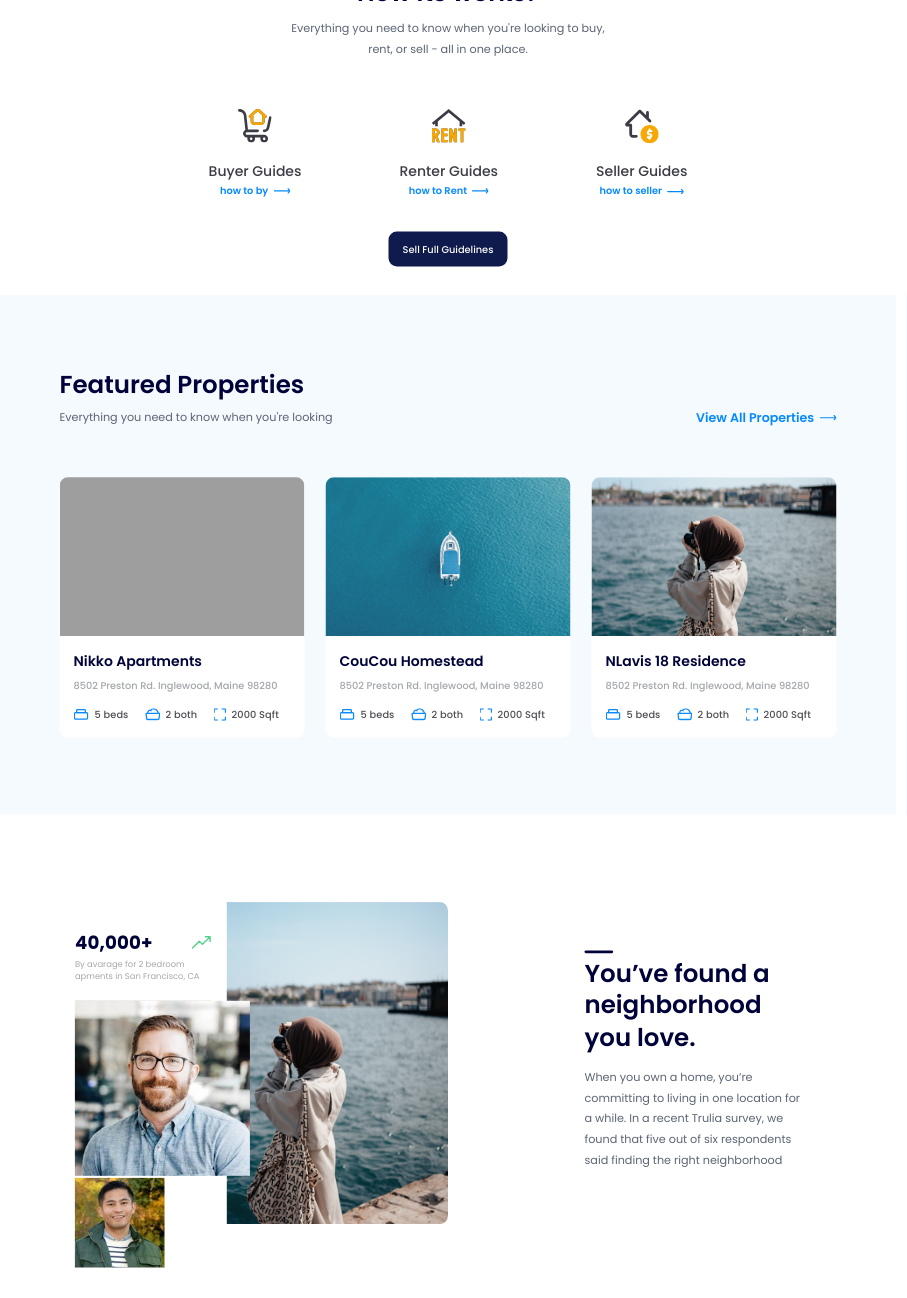
Repository: Kazuto-2004/f8-htmlcss-01
Page: index.html
An editor plug-in stored every save of this project. The page is shown before and after the next save, followed by the edit.
The browser window is 1280 px wide. The page is 1295 px wide, so the pictures cover 1295 px, including what lies to the right of the window. The pictures show the part of the page from y = 1274 to 3154 px (the page is 3128 px tall before and 3154 px after), at 70% of full size.
Pictures or frames that could not be fetched are drawn as grey boxes.

Above is the page before, as saved 2023-07-15 17:05:55.

### index.html
<!DOCTYPE html>
<html lang="en">
    <head>
        <meta charset="UTF-8" />
        <meta name="viewport" content="width=device-width, initial-scale=1.0" />
        <title>F8 Project01</title>
        <link rel="stylesheet" href="./assets/css/reset.css" />
        <!-- Embed fonts -->
        <link rel="preconnect" href="https://fonts.googleapis.com" />
        <link rel="preconnect" href="https://fonts.gstatic.com" crossorigin />
        <link
            href="https://fonts.googleapis.com/css2?family=Lato:wght@700&display=swap"
            rel="stylesheet" />
        <link rel="stylesheet" href="./assets/fonts/stylesheet.css" />
        <!-- <style> style</style> -->
        <link rel="stylesheet" href="assets/css/styles.css" />
    </head>
    <body>
        <main style="height: 1000px">
            <!-- Header -->
            <header class="header">
                <div class="content">
                    <nav class="navbar">
                        <!-- Logo -->
                        <img src="./assets/img/Logo.svg" alt="Besnik." />
                        <!-- Navigation -->
                        <ul>
                            <li>
                                <a href="#!">Home</a>
                            </li>
                            <li>
                                <a href="#!">Features</a>
                            </li>
                            <li>
                                <a href="#!">Services</a>
                            </li>
                            <li>
                                <a href="#!">Resources</a>
                            </li>
                            <li>
                                <a href="#!">Contact</a>
                            </li>
                        </ul>
                        <!-- Action -->
                        <div class="action">
                            <a href="#!" class="action-link">Sign in</a>
                            <a href="#!" class="btn action-btn">Sign up</a>
                        </div>
                    </nav>
                    <div class="hero">
                        <div class="info">
                            <p class="sub-title">Welcome to Besnik Agency</p>
                            <h1 class="title">
                                Discover a place you'll love to live.
                            </h1>
                            <p class="desc">
                                Get the best real estate deals first, before
                                they hit the mass market! HOT FORECLOSURE DEALS
                                with one simple search.
                            </p>
                            <!-- call to action -->
                            <a href="#!" class="btn hero-cta">More About Us</a>
                        </div>

                        <img
                            src="./assets/img/hero-img.svg"
                            alt="Discover a place you'll love to live."
                            class="hero-img" />
                    </div>
                </div>
            </header>

            <!-- clients -->
            <div class="clients">
                <div class="content">
                    <div class="row">
                        <!-- logo -->
                        <img src="./assets/img/Logo.svg" alt="Besnik." />

                        <!-- star -->
                        <div class="star">
                            <img src="./assets/img/Star.svg" alt="" />
                        </div>
                    </div>
                    <div class="row row-desc">
                        <p class="desc">
                            More than 45,000+ companies trust besnik
                        </p>
                        <p class="desc">5 Star Ratings (2k+ Review)</p>
                    </div>
                    <div class="image">
                        <img src="./assets/img/meundies.svg" alt="me undies" />
                        <img src="./assets/img/slack.svg" alt="slack" />
                        <img src="./assets/img/amazon.svg" alt="amazon" />
                        <img
                            src="./assets/img/woocommerce.svg"
                            alt="woo commerce" />
                        <img src="./assets/img/sitepoint.svg" alt="sitepoint" />
                    </div>
                </div>
            </div>

            <!-- Guides -->
            <div class="guides">
                <div class="content">
                    <h2 class="sub-title">How its works?</h2>
                    <p class="desc">
                        Everything you need to know when you're looking to buy,
                        rent, or sell - all in one place.
                    </p>

                    <!--  list guide -->
                    <ul class="list-guide">
                        <li class="guide-item">
                            <img
                                src="./assets/img/Buyer.svg"
                                alt="Buyer"
                                class="icon" />
                            <h3 class="title">Buyer Guides</h3>
                            <a href="#!" class="link">
                                <span>how to by</span>
                                <img
                                    src="./assets/img/arow-right.svg"
                                    alt="arrow-right"
                                    class="arrow" />
                            </a>
                        </li>
                        <li class="guide-item">
                            <img
                                src="./assets/img/renter.svg"
                                alt="renter"
                                class="icon" />
                            <h3 class="title">Renter Guides</h3>
                            <a href="#!" class="link">
                                <span>how to Rent</span>
                                <img
                                    src="./assets/img/arow-right.svg"
                                    alt="arrow-right"
                                    class="arrow" />
                            </a>
                        </li>
                        <li class="guide-item">
                            <img
                                src="./assets/img/seller.svg"
                                alt="sellert"
                                class="icon" />
                            <h3 class="title">Seller Guides</h3>
                            <a href="#!" class="link">
                                <span>how to seller</span>
                                <img
                                    src="./assets/img/arow-right.svg"
                                    alt="arrow-right"
                                    class="arrow" />
                            </a>
                        </li>
                    </ul>

                    <div class="guide-cta">
                        <a href="#!" class="btn">Sell Full Guidelines</a>
                    </div>
                </div>
            </div>

            <!-- Featured -->
            <div class="featured">
                <div class="content">
                    <header>
                        <h2 class="sub-title">Featured Properties</h2>
                        <div class="row">
                            <p class="desc">
                                Everything you need to know when you're looking
                            </p>
                            <a href="#!" class="link"
                                ><span>View All Properties</span
                                ><img
                                    src="./assets/img/arow-right.svg"
                                    alt="arrow"
                                    class="arrow"
                            /></a>
                        </div>
                    </header>

                    <div class="list">
                        <!-- Featured 1 -->
                        <div class="item">
                            <a href="#!">
                                <img
                                    src="./assets/img/featured1.jpg"
                                    alt="Nikko Apartments"
                                    class="thumb" />
                            </a>
                            <div class="body">
                                <h3 class="title">
                                    <a href="#!" class="line-clamp"
                                        >Nikko Apartments</a
                                    >
                                </h3>
                                <p class="desc line-clamp">
                                    8502 Preston Rd. Inglewood, Maine 98280
                                </p>
                                <div class="info">
                                    <img
                                        src="./assets/img/beds.svg"
                                        alt=""
                                        class="icon" />
                                    <span class="label">5 beds</span>

                                    <img
                                        src="./assets/img/both.svg"
                                        alt=""
                                        class="icon" />
                                    <span class="label">2 both</span>

                                    <img
                                        src="./assets/img/sqft.svg"
                                        alt=""
                                        class="icon" />
                                    <span class="label">2000 Sqft</span>
                                </div>
                            </div>
                        </div>

                        <!-- Featured 2 -->
                        <div class="item">
                            <a href="#!">
                                <img
                                    src="./assets/img/featured2.jpg"
                                    alt="CouCou Homestead"
                                    class="thumb" />
                            </a>
                            <div class="body">
                                <h3 class="title">
                                    <a href="#!" class="line-clamp"
                                        >CouCou Homestead</a
                                    >
                                </h3>
                                <p class="desc line-clamp">
                                    8502 Preston Rd. Inglewood, Maine 98280
                                </p>
                                <div class="info">
                                    <img
                                        src="./assets/img/beds.svg"
                                        alt=""
                                        class="icon" />
                                    <span class="label">5 beds</span>

                                    <img
                                        src="./assets/img/both.svg"
                                        alt=""
                                        class="icon" />
                                    <span class="label">2 both</span>

                                    <img
                                        src="./assets/img/sqft.svg"
                                        alt=""
                                        class="icon" />
                                    <span class="label">2000 Sqft</span>
                                </div>
                            </div>
                        </div>

                        <!-- Featured 3 -->
                        <div class="item">
                            <a href="#!">
                                <img
                                    src="./assets/img/featured3.jpg"
                                    alt="Lavis 18 Residence"
                                    class="thumb" />
                            </a>
                            <div class="body">
                                <h3 class="title">
                                    <a href="#!" class="line-clamp"
                                        >NLavis 18 Residence</a
                                    >
                                </h3>
                                <p class="desc line-clamp">
                                    8502 Preston Rd. Inglewood, Maine 98280
                                </p>
                                <div class="info">
                                    <img
                                        src="./assets/img/beds.svg"
                                        alt=""
                                        class="icon" />
                                    <span class="label">5 beds</span>

                                    <img
                                        src="./assets/img/both.svg"
                                        alt=""
                                        class="icon" />
                                    <span class="label">2 both</span>

                                    <img
                                        src="./assets/img/sqft.svg"
                                        alt=""
                                        class="icon" />
                                    <span class="label">2000 Sqft</span>
                                </div>
                            </div>
                        </div>
                    </div>
                </div>
            </div>

            <!-- Stats -->
            <div class="stats">
                <div class="content">
                    <div class="row">
                        <div class="img-block">
                            <img
                                class="image"
                                src="./assets/img/starts.jpg"
                                alt="You’ve found a neighborhood you love." />
                            <!-- trend -->
                            <div class="stats-trend">
                                <div class="row">
                                    <strong class="value">40,000+</strong>
                                    <img
                                        src="./assets/img/arrow-trend-up.svg"
                                        alt=""
                                        class="icon" />
                                </div>
                                <p class="desc">
                                    By avarage for 2 bedroom apments in San
                                    Francisco, CA
                                </p>
                                <div class="separate"></div>
                                <div class="avatar-block">
                                    <div class="avatar-group">
                                        <img
                                            src="./assets/img/avatar-1.jpeg"
                                            alt=""
                                            class="avatar" />
                                        <img
                                            src="./assets/img/avatar-2.jpeg"
                                            alt=""
                                            class="avatar" />
                                    </div>
                                </div>
                            </div>
                        </div>
                        <div class="info">
                            <h2 class="sub-title">
                                You’ve found a neighborhood you love.
                            </h2>
                            <p class="desc">
                                When you own a home, you’re committing to living
                                in one location for a while. In a recent Trulia
                                survey, we found that five out of six
                                respondents said finding the right neighborhood
                            </p>
                        </div>
                    </div>
                </div>
            </div>
        </main>
    </body>
</html>

### assets/css/styles.css
* {
    box-sizing: border-box;
}

:root {
    --primary-color: #0f1b4c;
}
html {
    font-size: 62.5%;
}

body {
    font-size: 1.6rem;
    font-family: "Poppins", sans-serif;
}
/* Common */
a {
    text-decoration: none;
}
.content {
    width: 1110px;
    max-width: calc(100% - 48px);
    margin: auto;
}
.btn {
    display: inline-block;
    min-width: 98px;
    padding: 18px 16px;
    border-radius: 12px;
    background: var(--primary-color);
    color: #fff;
    font-size: 1.4rem;
    font-weight: 500;
    text-align: center;
}

.btn:hover {
    opacity: 0.9;
}

.line-clamp {
    display: -webkit-box;
    -webkit-line-clamp: var(--line-clamp, 2);
    -webkit-box-orient: vertical;
    overflow: hidden;
}
/* ==== Header ==== */
.header {
    background-color: #e6f0ff;
    height: 100vh;
    position: relative;
}

.navbar {
    display: flex;
    align-items: center;
    padding-top: 38px;
}

.navbar ul {
    display: flex;
    margin-left: 50px;
}

.navbar .action {
    margin-left: auto;
}

.navbar ul a {
    font-size: 1.4rem;
    font-weight: 500;
    color: #4f5361;
    padding: 8px 14px;
}

.navbar ul a:hover {
    text-decoration: underline;
}

.navbar .action-link {
    color: var(--primary-color);
    font-size: 1.4rem;
    font-weight: 500;
}

.navbar .action-btn {
    padding: 13px 16px;
    margin-left: 18px;
    border-radius: 8px;
}
/* ---hero--- */
.hero {
    margin-top: 130px;
}

.hero .info {
    width: 51%;
}

.hero .sub-title {
    color: #687690;
    font-size: 1.8rem;
    line-height: 1.5;
    letter-spacing: 0.01em;
}

.hero .title {
    margin-top: 8px;
    color: #000336;
    font-size: 6.2rem;
    font-weight: 700;
    line-height: 1.19;
}

.hero .desc {
    margin-top: 30px;
    color: #5a6473;
    font-size: 1.8rem;
    font-weight: 400;
    line-height: 1.78;
}

.hero-cta {
    min-width: 170px;
    margin-top: 40px;
}

.hero-img {
    position: absolute;
    right: calc((100vw - 1110px) / 2 - 100px);
    bottom: 0;
}

/*===== clients ======*/
.clients {
    margin-top: 79px;
    padding: 43px 64px 0px;
}

.clients .row {
    display: flex;
    justify-content: space-between;
}

.clients .desc {
    color: #7d8589;
    font-size: 1.6rem;
    font-weight: 500;
    line-height: 1.25;
}

.clients .row-desc {
    margin-top: 23px;
}

.clients .image {
    margin-top: 96px;
    display: flex;
    justify-content: space-between;
    align-items: center;
}

/*===== guides ======*/
.guides {
    margin-top: 200px;
}

.guides .sub-title {
    position: relative;
    color: #000339;
    text-align: center;
    font-size: 3.5rem;
    font-weight: 600;
    line-height: 1;
}

.guides .sub-title::before {
    position: absolute;
    top: -10px;
    left: 50%;
    transform: translate(-50%);
    content: "";
    display: inline-block;
    width: 41px;
    height: 4px;
    border-radius: 12px;
    background: #000339;
}

.guides .desc {
    width: 459px;
    max-width: 100%;
    color: #5a6473;
    text-align: center;
    font-size: 1.6rem;
    font-weight: 400;
    line-height: 1.88;
    margin: 20px auto 0;
}

.list-guide {
    margin-top: 70px;
    display: flex;
    justify-content: center;
}

.guide-item {
    margin: 0 70px;
    text-align: center;
}

.guide-item .title {
    margin-top: 26px;
    color: #3b3c45;
    font-size: 2rem;
    font-weight: 500;
    line-height: 1.1;
}

.guide-item .link {
    display: inline-block;
    color: #0689ff;
    font-size: 1.4rem;
    font-weight: 600;
    margin-top: 10px;
}

.guide-item .arrow {
    margin-left: 4px;
}

.guide-cta {
    display: flex;
    justify-content: center;
    margin-top: 50px;
}

.guide-cta .btn {
    min-width: 170px;
}

/*======== featured======= */
.featured {
    margin-top: 41px;
    background: #f5fafe;
    padding: 110px 0;
}

.featured .sub-title {
    font-size: 3.5rem;
    font-style: normal;
    font-weight: 600;
    line-height: 1;
    color: #000339;
}

.featured .row {
    display: flex;
    justify-content: space-between;
    margin-top: 15px;
}

.featured .desc {
    color: #5a6473;
    font-size: 1.6rem;
    font-weight: 400;
    line-height: 1.88;
}

.featured .link {
    display: flex;
    align-items: center;
    color: #0689ff;
    font-size: 1.8rem;
    font-weight: 600;
}

.featured .link .arrow {
    margin-left: 8px;
}

.featured .list {
    margin-top: 70px;
    gap: 30px;
    display: flex;
}

.featured .item {
    flex: 1;
    background-color: #fff;
    border-radius: 12px;
}

.featured .item .thumb {
    width: 100%;
    height: 227px;
    object-fit: cover;
    border-top-left-radius: 12px;
    border-top-right-radius: 12px;
}

.featured .item .body {
    padding: 17px 20px 24px;
}

.featured .item .title a {
    color: #000339;
    font-size: 2rem;
    font-weight: 600;
    line-height: 1.5;
}

.featured .item .desc {
    --line-clamp: 3;
    margin-top: 11px;
    color: #a3a6ab;
    font-size: 1.4rem;
    font-weight: 500;
    line-height: 1.5;
    word-wrap: break-words;
}

.featured .item .info {
    margin-top: 21px;
    display: flex;
    align-items: center;
}

.featured .item .icon {
    margin-left: 23px;
}

.featured .item .icon:first-child {
    margin-left: 0;
}
.featured .item .label {
    color: #4d4d52;
    margin-left: 8px;
    font-size: 1.4rem;
    font-weight: 500;
    letter-spacing: 0.01em;
}

/*===== stats===== */
.stats {
    margin-top: 75px;
    padding: 50px 0px;
}

.stats .row {
    display: flex;
}

.stats .img-block,
.stats .info {
    width: 50%;
}

.stats .img-block {
    position: relative;
}

.stats .info {
    padding: 79px 0 0 195px;
}

.stats-trend {
    position: absolute;
    top: 0;
    left: 0;
    width: 239px;
    padding: 45px 22px 40px;
    border-radius: 0px 0px 12px 12px;
    background-color: #fff;
}
.stats-trend .value {
    font-weight: 700;
    font-size: 2.6rem;
    letter-spacing: 0.01em;
    color: #000339;
}

.stats-trend .icon {
    margin-left: auto;
}

.stats-trend .desc {
    margin-top: 8px;
    font-weight: 400;
    font-size: 1.2rem;
    line-height: 1.5;
    color: #a7a7a7;
}

.stats-trend .separate {
    height: 1px;
    margin-top: 25px;
    background: #e9e9e9;
}

.stats .img-block .image {
    display: block;
    margin-left: auto;
    width: 400px;
    height: 460px;
    border-radius: 12px;
    object-fit: cover;
}

.stats .sub-title {
    position: relative;
    color: #000339;
    font-size: 3.5rem;
    font-weight: 600;
    line-height: 1.29; /* 128.571% */
    width: 269px;
}

.stats .sub-title::before {
    position: absolute;
    left: 0;
    top: -10px;
    content: "";
    display: block;
    width: 41px;
    height: 4px;
    border-radius: 12px;
    background: #000339;
}

.stats .info .desc {
    margin-top: 20px;
    width: 309px;
    color: #5a6473;
    font-size: 1.6rem;
    font-weight: 400;
    line-height: 1.87; /* 187.5% */
}

Loaded but not shown: assets/css/reset.css (common file); assets/fonts/stylesheet.css (162 lines, source omitted)

After the next save:
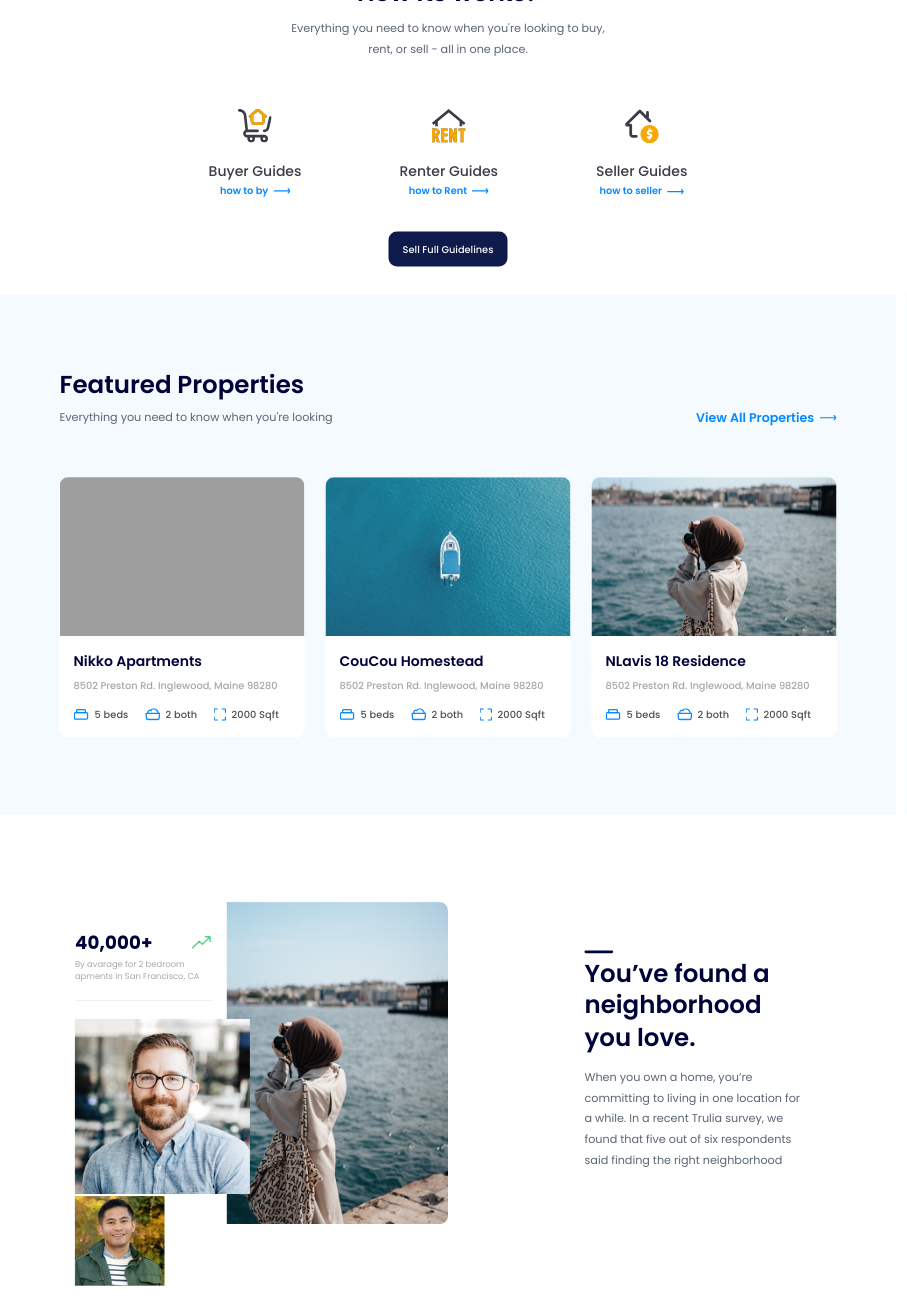
Saved 43 s later.
--- a/assets/css/styles.css
+++ b/assets/css/styles.css
@@ -398,6 +398,10 @@
     background: #e9e9e9;
 }
 
+.stats .avatar-block {
+    margin-top: 26px;
+}
+
 .stats .img-block .image {
     display: block;
     margin-left: auto;
